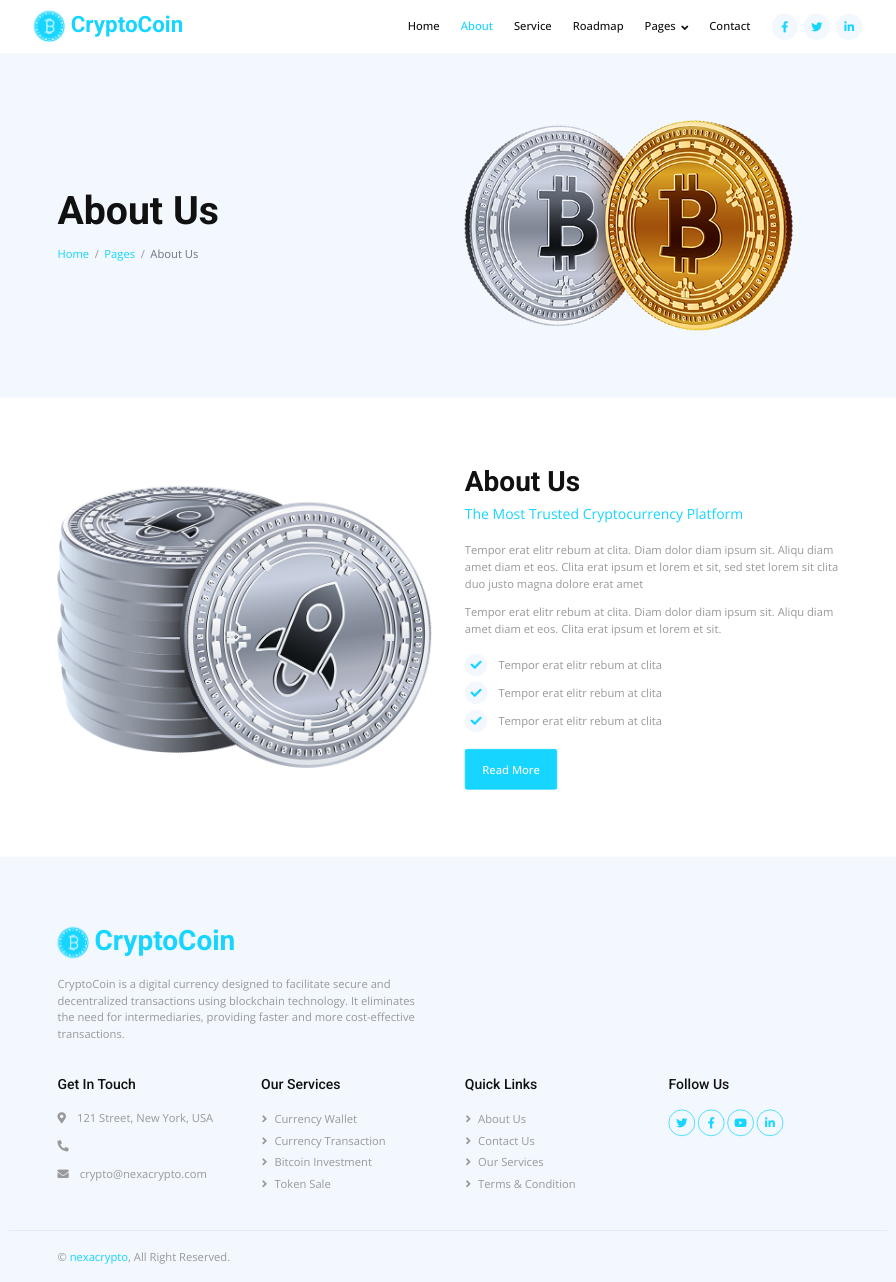
Repository: meenadabhii/nexacrypto
Page: about.html
These files come from the project's save history. The page is drawn as it stood at one moment and after the next save; the edit follows.
The browser window is 1280 px wide. The pictures show the whole page, at 70% of full size.
Some web libraries are served in a nearby version.

Above is the page before, as saved 2025-03-21 17:12:50.

### about.html
<!DOCTYPE html>
<html lang="en">

<head>
    <meta charset="utf-8">
    <title>CryptoCoin - Free Cryptocurrency Website Template</title>
    <meta content="width=device-width, initial-scale=1.0" name="viewport">
    <meta content="" name="keywords">
    <meta content="" name="description">

    <!-- Favicon -->
    <link href="img/favicon.ico" rel="icon">

    <!-- Google Web Fonts -->
    <link rel="preconnect" href="https://fonts.googleapis.com">
    <link rel="preconnect" href="https://fonts.gstatic.com" crossorigin>
    <link href="https://fonts.googleapis.com/css2?family=Open+Sans:wght@400;500&family=Roboto:wght@500;700&display=swap" rel="stylesheet">

    <!-- Icon Font Stylesheet -->
    <link href="https://cdnjs.cloudflare.com/ajax/libs/font-awesome/5.10.0/css/all.min.css" rel="stylesheet">
    <link href="https://cdn.jsdelivr.net/npm/bootstrap-icons@1.4.1/font/bootstrap-icons.css" rel="stylesheet">

    <!-- Libraries Stylesheet -->
    <link href="lib/animate/animate.min.css" rel="stylesheet">
    <link href="lib/owlcarousel/assets/owl.carousel.min.css" rel="stylesheet">

    <!-- Customized Bootstrap Stylesheet -->
    <link href="css/bootstrap.min.css" rel="stylesheet">

    <!-- Template Stylesheet -->
    <link href="css/style.css" rel="stylesheet">
</head>

<body>
    <!-- Spinner Start -->
    <div id="spinner" class="show bg-white position-fixed translate-middle w-100 vh-100 top-50 start-50 d-flex align-items-center justify-content-center">
        <div class="spinner-grow text-primary" role="status"></div>
    </div>
    <!-- Spinner End -->


    <!-- Navbar Start -->
    <nav class="navbar navbar-expand-lg bg-white navbar-light sticky-top p-0 px-4 px-lg-5">
        <a href="index.html" class="navbar-brand d-flex align-items-center">
            <h2 class="m-0 text-primary"><img class="img-fluid me-2" src="img/icon-1.png" alt="" style="width: 45px;">CryptoCoin</h2>
        </a>
        <button type="button" class="navbar-toggler" data-bs-toggle="collapse" data-bs-target="#navbarCollapse">
            <span class="navbar-toggler-icon"></span>
        </button>
        <div class="collapse navbar-collapse" id="navbarCollapse">
            <div class="navbar-nav ms-auto py-4 py-lg-0">
                <a href="index.html" class="nav-item nav-link">Home</a>
                <a href="about.html" class="nav-item nav-link active">About</a>
                <a href="service.html" class="nav-item nav-link">Service</a>
                <a href="roadmap.html" class="nav-item nav-link">Roadmap</a>
                <div class="nav-item dropdown">
                    <a href="#" class="nav-link dropdown-toggle" data-bs-toggle="dropdown">Pages</a>
                    <div class="dropdown-menu shadow-sm m-0">
                        <a href="feature.html" class="dropdown-item">Feature</a>
                        <a href="token.html" class="dropdown-item">Token Sale</a>
                        <a href="faq.html" class="dropdown-item">FAQs</a>
                        <a href="404.html" class="dropdown-item">404 Page</a>
                    </div>
                </div>
                <a href="contact.html" class="nav-item nav-link">Contact</a>
            </div>
            <div class="h-100 d-lg-inline-flex align-items-center d-none">
                <a class="btn btn-square rounded-circle bg-light text-primary me-2" href=""><i class="fab fa-facebook-f"></i></a>
                <a class="btn btn-square rounded-circle bg-light text-primary me-2" href=""><i class="fab fa-twitter"></i></a>
                <a class="btn btn-square rounded-circle bg-light text-primary me-0" href=""><i class="fab fa-linkedin-in"></i></a>
            </div>
        </div>
    </nav>
    <!-- Navbar End -->


    <!-- Header Start -->
    <div class="container-fluid hero-header bg-light py-5 mb-5">
        <div class="container py-5">
            <div class="row g-5 align-items-center">
                <div class="col-lg-6">
                    <h1 class="display-4 mb-3 animated slideInDown">About Us</h1>
                    <nav aria-label="breadcrumb animated slideInDown">
                        <ol class="breadcrumb mb-0">
                            <li class="breadcrumb-item"><a href="#">Home</a></li>
                            <li class="breadcrumb-item"><a href="#">Pages</a></li>
                            <li class="breadcrumb-item active" aria-current="page">About Us</li>
                        </ol>
                    </nav>
                </div>
                <div class="col-lg-6 animated fadeIn">
                    <img class="img-fluid animated pulse infinite" style="animation-duration: 3s;" src="img/hero-2.png" alt="">
                </div>
            </div>
        </div>
    </div>
    <!-- Header End -->


    <!-- About Start -->
    <div class="container-xxl py-5">
        <div class="container">
            <div class="row g-5 align-items-center">
                <div class="col-lg-6 wow fadeInUp" data-wow-delay="0.1s">
                    <img class="img-fluid" src="img/about.png" alt="">
                </div>
                <div class="col-lg-6 wow fadeInUp" data-wow-delay="0.5s">
                    <div class="h-100">
                        <h1 class="display-6">About Us</h1>
                        <p class="text-primary fs-5 mb-4">The Most Trusted Cryptocurrency Platform</p>
                        <p>Tempor erat elitr rebum at clita. Diam dolor diam ipsum sit. Aliqu diam amet diam et eos. Clita erat ipsum et lorem et sit, sed stet lorem sit clita duo justo magna dolore erat amet</p>
                        <p class="mb-4">Tempor erat elitr rebum at clita. Diam dolor diam ipsum sit. Aliqu diam amet diam et eos. Clita erat ipsum et lorem et sit.</p>
                        <div class="d-flex align-items-center mb-2">
                            <i class="fa fa-check bg-light text-primary btn-sm-square rounded-circle me-3 fw-bold"></i>
                            <span>Tempor erat elitr rebum at clita</span>
                        </div>
                        <div class="d-flex align-items-center mb-2">
                            <i class="fa fa-check bg-light text-primary btn-sm-square rounded-circle me-3 fw-bold"></i>
                            <span>Tempor erat elitr rebum at clita</span>
                        </div>
                        <div class="d-flex align-items-center mb-4">
                            <i class="fa fa-check bg-light text-primary btn-sm-square rounded-circle me-3 fw-bold"></i>
                            <span>Tempor erat elitr rebum at clita</span>
                        </div>
                        <a class="btn btn-primary py-3 px-4" href="">Read More</a>
                    </div>
                </div>
            </div>
        </div>
    </div>
    <!-- About End -->


    <!-- Footer Start -->
    <div class="container-fluid bg-light footer mt-5 pt-5 wow fadeIn" data-wow-delay="0.1s">
        <div class="container py-5">
            <div class="row g-5">
                <div class="col-md-6">
                    <h1 class="text-primary mb-4"><img class="img-fluid me-2" src="img/icon-1.png" alt="" style="width: 45px;">CryptoCoin</h1>
                    <span>CryptoCoin is a digital currency designed to facilitate secure and decentralized transactions using blockchain technology. It eliminates the need for intermediaries, providing faster and more cost-effective transactions.</span>
                </div>
                <div class="col-md-6">
                </div>
                <div class="col-lg-3 col-md-6">
                    <h5 class="mb-4">Get In Touch</h5>
                    <p><i class="fa fa-map-marker-alt me-3"></i>121 Street, New York, USA</p>
                    <p><i class="fa fa-phone-alt me-3"></i></p>
                    <p><i class="fa fa-envelope me-3"></i>crypto@nexacrypto.com</p>
                </div>
                <div class="col-lg-3 col-md-6">
                    <h5 class="mb-4">Our Services</h5>
                    <a class="btn btn-link" href="">Currency Wallet</a>
                    <a class="btn btn-link" href="">Currency Transaction</a>
                    <a class="btn btn-link" href="">Bitcoin Investment</a>
                    <a class="btn btn-link" href="">Token Sale</a>
                </div>
                <div class="col-lg-3 col-md-6">
                    <h5 class="mb-4">Quick Links</h5>
                    <a class="btn btn-link" href="">About Us</a>
                    <a class="btn btn-link" href="">Contact Us</a>
                    <a class="btn btn-link" href="">Our Services</a>
                    <a class="btn btn-link" href="">Terms & Condition</a>
                </div>
                <div class="col-lg-3 col-md-6">
                    <h5 class="mb-4">Follow Us</h5>
                    <div class="d-flex">
                        <a class="btn btn-square rounded-circle me-1" href=""><i class="fab fa-twitter"></i></a>
                        <a class="btn btn-square rounded-circle me-1" href=""><i class="fab fa-facebook-f"></i></a>
                        <a class="btn btn-square rounded-circle me-1" href=""><i class="fab fa-youtube"></i></a>
                        <a class="btn btn-square rounded-circle me-1" href=""><i class="fab fa-linkedin-in"></i></a>
                    </div>
                </div>
            </div>
        </div>
        <div class="container-fluid copyright">
            <div class="container">
                <div class="row">
                    <div class="col-md-6 text-center text-md-start mb-3 mb-md-0">
                        &copy; <a href="#">nexacrypto</a>, All Right Reserved.
                    </div>

                </div>
            </div>
        </div>
    </div>
    <!-- Footer End -->


    <!-- Back to Top -->
    <a href="#" class="btn btn-lg btn-primary btn-lg-square rounded-circle back-to-top"><i class="bi bi-arrow-up"></i></a>


    <!-- JavaScript Libraries -->
    <script src="https://code.jquery.com/jquery-3.4.1.min.js"></script>
    <script src="https://cdn.jsdelivr.net/npm/bootstrap@5.0.0/dist/js/bootstrap.bundle.min.js"></script>
    <script src="lib/wow/wow.min.js"></script>
    <script src="lib/easing/easing.min.js"></script>
    <script src="lib/waypoints/waypoints.min.js"></script>
    <script src="lib/owlcarousel/owl.carousel.min.js"></script>
    <script src="lib/counterup/counterup.min.js"></script>

    <!-- Template Javascript -->
    <script src="js/main.js"></script>
</body>

</html>

### css/style.css
/********** Template CSS **********/
:root {
    --primary: #16D5FF;
    --secondary: #999999;
    --light: #F2F8FE;
    --dark: #111111;
}

.back-to-top {
    position: fixed;
    display: none;
    right: 30px;
    bottom: 60px;
    z-index: 99;
}

h4,
h5,
h6,
.h4,
.h5,
.h6 {
    font-weight: 500 !important;
}


/*** Spinner ***/
#spinner {
    opacity: 0;
    visibility: hidden;
    transition: opacity .5s ease-out, visibility 0s linear .5s;
    z-index: 99999;
}

#spinner.show {
    transition: opacity .5s ease-out, visibility 0s linear 0s;
    visibility: visible;
    opacity: 1;
}


/*** Button ***/
.btn {
    font-weight: 500;
    transition: .5s;
}

.btn.btn-primary {
    color: #FFFFFF;
}

.btn-square {
    width: 38px;
    height: 38px;
}

.btn-sm-square {
    width: 32px;
    height: 32px;
}

.btn-lg-square {
    width: 48px;
    height: 48px;
}

.btn-square,
.btn-sm-square,
.btn-lg-square {
    padding: 0;
    display: flex;
    align-items: center;
    justify-content: center;
    font-weight: normal;
}


/*** Navbar ***/
.navbar.sticky-top {
    top: -100px;
    transition: .5s;
}

.navbar .navbar-brand {
    height: 75px;
}

.navbar .navbar-nav .nav-link {
    margin-right: 30px;
    padding: 25px 0;
    color: var(--dark);
    font-weight: 500;
    outline: none;
}

.navbar .navbar-nav .nav-link:hover,
.navbar .navbar-nav .nav-link.active {
    color: var(--primary);
}

.navbar .dropdown-toggle::after {
    border: none;
    content: "\f107";
    font-family: "Font Awesome 5 Free";
    font-weight: 900;
    vertical-align: middle;
    margin-left: 8px;
}

@media (max-width: 991.98px) {
    .navbar .navbar-nav .nav-link  {
        margin-right: 0;
        padding: 10px 0;
    }

    .navbar .navbar-nav {
        border-top: 1px solid #EEEEEE;
    }
}

@media (min-width: 992px) {
    .navbar .nav-item .dropdown-menu {
        display: block;
        border: none;
        margin-top: 0;
        top: 150%;
        opacity: 0;
        visibility: hidden;
        transition: .5s;
    }

    .navbar .nav-item:hover .dropdown-menu {
        top: 100%;
        visibility: visible;
        transition: .5s;
        opacity: 1;
    }
}

.navbar .btn:hover {
    color: #FFFFFF !important;
    background: var(--primary) !important;
}


/*** Header ***/
.hero-header .breadcrumb-item+.breadcrumb-item::before {
    color: var(--secondary);
}


/*** Service ***/
.service-item {
    position: relative;
    overflow: hidden;
}

.service-item::after {
    position: absolute;
    content: "";
    width: 0;
    height: 0;
    top: -80px;
    right: -80px;
    border: 80px solid;
    transform: rotate(45deg);
    opacity: 1;
    transition: .5s;
}

.service-item.bg-white::after {
    border-color: transparent transparent var(--light) transparent;
}

.service-item.bg-light::after {
    border-color: transparent transparent #FFFFFF transparent;
}

.service-item:hover::after {
    opacity: 0;
}


/*** Roadmap ***/
.roadmap-carousel {
    position: relative;
}

.roadmap-carousel::before {
    position: absolute;
    content: "";
    height: 0;
    width: 100%;
    top: 20px;
    left: 0;
    border-top: 2px dashed var(--secondary);
}

.roadmap-carousel .roadmap-item .roadmap-point {
    position: absolute;
    width: 30px;
    height: 30px;
    top: 6px;
    left: 50%;
    margin-left: -15px;
    background: #FFFFFF;
    border: 2px solid var(--primary);
    transform: rotate(45deg);
    display: flex;
    align-items: center;
    justify-content: center;
}

.roadmap-carousel .roadmap-item .roadmap-point span {
    display: block;
    width: 18px;
    height: 18px;
    background: var(--primary);
}

.roadmap-carousel .roadmap-item {
    position: relative;
    padding-top: 150px;
    text-align: center;
}

.roadmap-carousel .roadmap-item::before {
    position: absolute;
    content: "";
    width: 0;
    height: 115px;
    top: 0;
    left: 50%;
    transform: translateX(-50%);
    border-right: 2px dashed var(--secondary);
}

.roadmap-carousel .roadmap-item::after {
    position: absolute;
    content: "";
    width: 14px;
    height: 14px;
    top: 111px;
    left: 50%;
    margin-left: -7px;
    transform: rotate(45deg);
    background: var(--primary);
}

.roadmap-carousel .owl-nav {
    margin-top: 40px;
    display: flex;
    justify-content: center;
}

.roadmap-carousel .owl-nav .owl-prev,
.roadmap-carousel .owl-nav .owl-next {
    margin: 0 12px;
    width: 50px;
    height: 50px;
    display: flex;
    align-items: center;
    justify-content: center;
    border-radius: 50px;
    font-size: 22px;
    color: var(--light);
    background: var(--primary);
    transition: .5s;
}

.roadmap-carousel .owl-nav .owl-prev:hover,
.roadmap-carousel .owl-nav .owl-next:hover {
    color: var(--primary);
    background: var(--dark);
}


/*** FAQs ***/
.accordion .accordion-item {
    border: none;
    margin-bottom: 15px;
}

.accordion .accordion-button {
    background: var(--light);
    border-radius: 2px;
}

.accordion .accordion-button:not(.collapsed) {
    color: #FFFFFF;
    background: var(--primary);
    box-shadow: none;
}

.accordion .accordion-button:not(.collapsed)::after {
    background-image: url("data:[embedded picture, 261 characters]");
}

.accordion .accordion-body {
    padding: 15px 0 0 0;
}


/*** Footer ***/
.footer .btn.btn-link {
    display: block;
    margin-bottom: 5px;
    padding: 0;
    text-align: left;
    color: var(--secondary);
    font-weight: normal;
    text-transform: capitalize;
    transition: .3s;
}

.footer .btn.btn-link::before {
    position: relative;
    content: "\f105";
    font-family: "Font Awesome 5 Free";
    font-weight: 900;
    color: var(--secondary);
    margin-right: 10px;
}

.footer .btn.btn-link:hover {
    color: var(--primary);
    letter-spacing: 1px;
    box-shadow: none;
}

.footer .btn.btn-square {
    color: var(--primary);
    border: 1px solid var(--primary);
}

.footer .btn.btn-square:hover {
    color: #FFFFFF;
    background: var(--primary);
}

.footer .copyright {
    padding: 25px 0;
    border-top: 1px solid rgba(17, 17, 17, .1);
}

.footer .copyright a {
    color: var(--primary);
}

.footer .copyright a:hover {
    color: var(--dark);
}

### js/main.js
(function ($) {
    "use strict";

    // Spinner
    var spinner = function () {
        setTimeout(function () {
            if ($('#spinner').length > 0) {
                $('#spinner').removeClass('show');
            }
        }, 1);
    };
    spinner();


    // Initiate the wowjs
    new WOW().init();


    // Sticky Navbar
    $(window).scroll(function () {
        if ($(this).scrollTop() > 300) {
            $('.sticky-top').addClass('shadow-sm').css('top', '0px');
        } else {
            $('.sticky-top').removeClass('shadow-sm').css('top', '-100px');
        }
    });


    // Back to top button
    $(window).scroll(function () {
        if ($(this).scrollTop() > 300) {
            $('.back-to-top').fadeIn('slow');
        } else {
            $('.back-to-top').fadeOut('slow');
        }
    });
    $('.back-to-top').click(function () {
        $('html, body').animate({scrollTop: 0}, 1500, 'easeInOutExpo');
        return false;
    });


    // Facts counter
    $('[data-toggle="counter-up"]').counterUp({
        delay: 10,
        time: 2000
    });


    // Roadmap carousel
    $(".roadmap-carousel").owlCarousel({
        autoplay: true,
        smartSpeed: 1000,
        margin: 25,
        loop: true,
        dots: false,
        nav: true,
        navText : [
            '<i class="bi bi-chevron-left"></i>',
            '<i class="bi bi-chevron-right"></i>'
        ],
        responsive: {
            0:{
                items:1
            },
            576:{
                items:2
            },
            768:{
                items:3
            },
            992:{
                items:4
            },
            1200:{
                items:5
            }
        }
    });


    // Testimonials carousel
    $(".testimonial-carousel").owlCarousel({
        autoplay: true,
        smartSpeed: 1000,
        margin: 25,
        loop: true,
        center: true,
        dots: false,
        nav: true,
        navText : [
            '<i class="bi bi-chevron-left"></i>',
            '<i class="bi bi-chevron-right"></i>'
        ],
        responsive: {
            0:{
                items:1
            },
            768:{
                items:2
            },
            992:{
                items:3
            }
        }
    });


})(jQuery);

Loaded but not shown: lib/animate/animate.min.css (library); lib/owlcarousel/assets/owl.carousel.min.css (common file); css/bootstrap.min.css (library); lib/wow/wow.min.js (library); lib/easing/easing.min.js (common file); lib/waypoints/waypoints.min.js (library); lib/owlcarousel/owl.carousel.min.js (library); lib/counterup/counterup.min.js (common file)

After the next save:
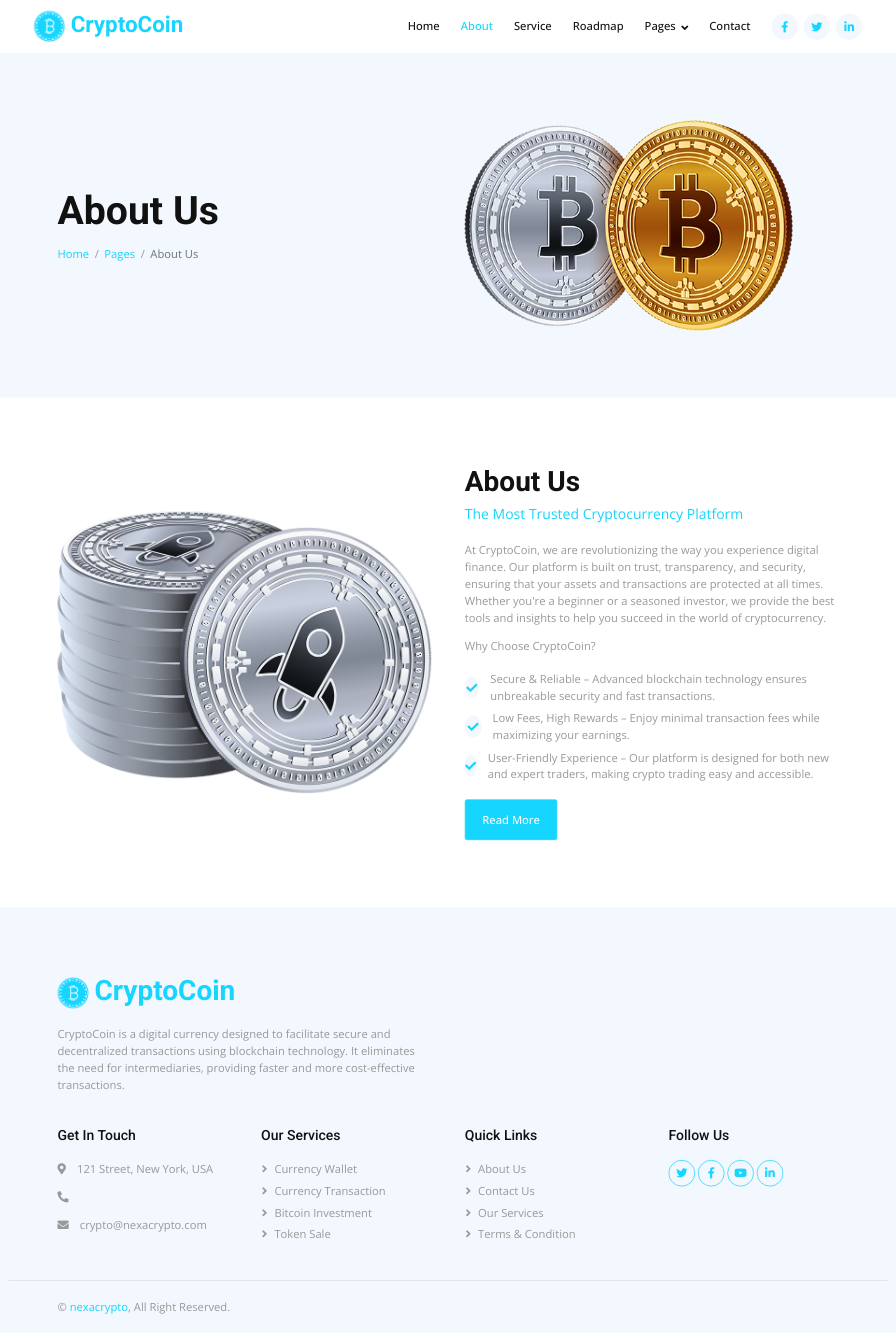
Saved 87 s later.
--- a/about.html
+++ b/about.html
@@ -108,19 +108,19 @@
                     <div class="h-100">
                         <h1 class="display-6">About Us</h1>
                         <p class="text-primary fs-5 mb-4">The Most Trusted Cryptocurrency Platform</p>
-                        <p>Tempor erat elitr rebum at clita. Diam dolor diam ipsum sit. Aliqu diam amet diam et eos. Clita erat ipsum et lorem et sit, sed stet lorem sit clita duo justo magna dolore erat amet</p>
-                        <p class="mb-4">Tempor erat elitr rebum at clita. Diam dolor diam ipsum sit. Aliqu diam amet diam et eos. Clita erat ipsum et lorem et sit.</p>
+                        <p>At CryptoCoin, we are revolutionizing the way you experience digital finance. Our platform is built on trust, transparency, and security, ensuring that your assets and transactions are protected at all times. Whether you're a beginner or a seasoned investor, we provide the best tools and insights to help you succeed in the world of cryptocurrency.</p>
+                        <p class="mb-4">Why Choose CryptoCoin?</p>
                         <div class="d-flex align-items-center mb-2">
                             <i class="fa fa-check bg-light text-primary btn-sm-square rounded-circle me-3 fw-bold"></i>
-                            <span>Tempor erat elitr rebum at clita</span>
+                            <span>Secure & Reliable – Advanced blockchain technology ensures unbreakable security and fast transactions.</span>
                         </div>
                         <div class="d-flex align-items-center mb-2">
                             <i class="fa fa-check bg-light text-primary btn-sm-square rounded-circle me-3 fw-bold"></i>
-                            <span>Tempor erat elitr rebum at clita</span>
+                            <span>Low Fees, High Rewards – Enjoy minimal transaction fees while maximizing your earnings.</span>
                         </div>
                         <div class="d-flex align-items-center mb-4">
                             <i class="fa fa-check bg-light text-primary btn-sm-square rounded-circle me-3 fw-bold"></i>
-                            <span>Tempor erat elitr rebum at clita</span>
+                            <span>User-Friendly Experience – Our platform is designed for both new and expert traders, making crypto trading easy and accessible.</span>
                         </div>
                         <a class="btn btn-primary py-3 px-4" href="">Read More</a>
                     </div>
